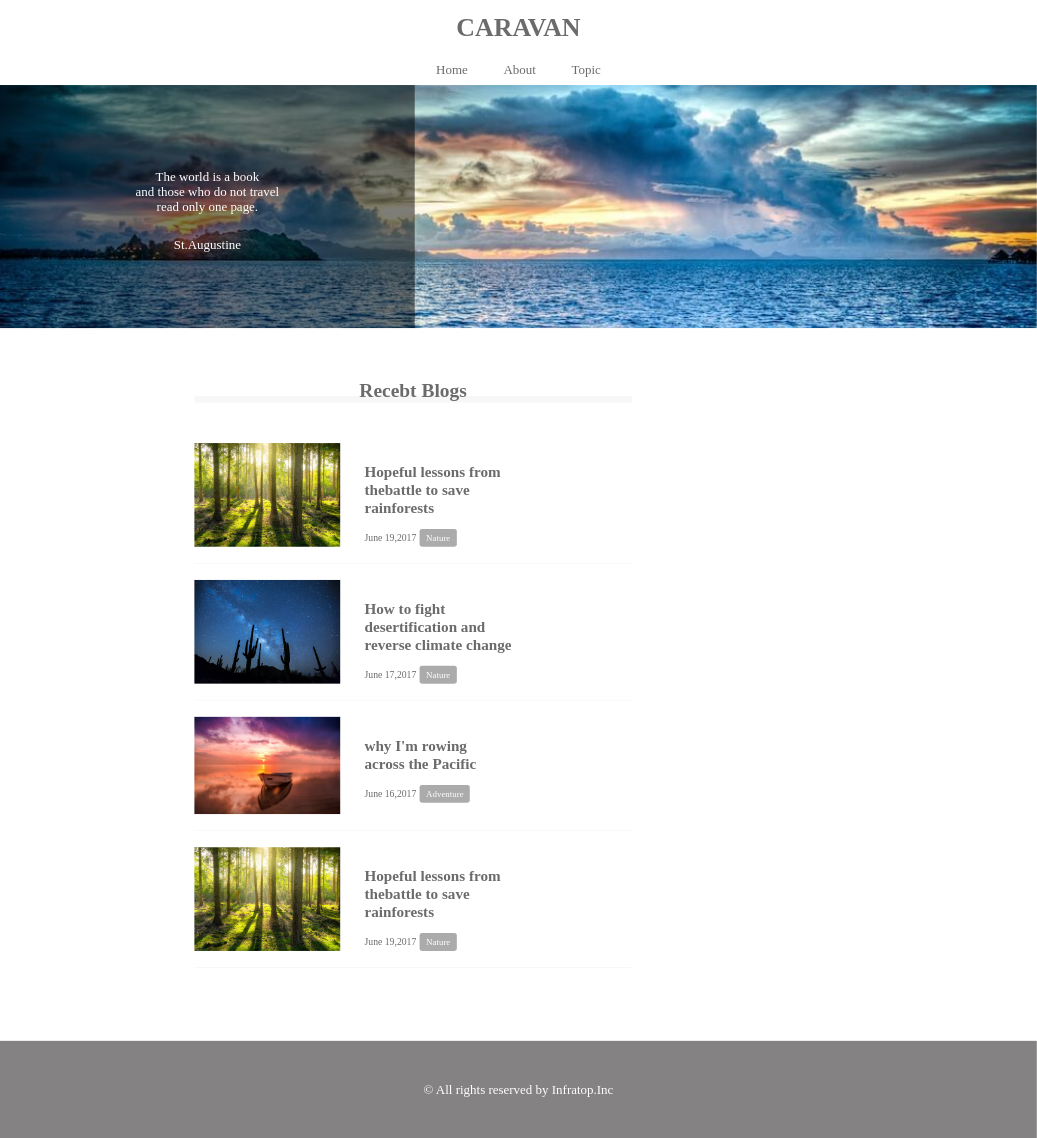
Repository: ego-boosting/html-practice1
Page: caravan/index.html
The author's editor kept a record of every edit. The page is drawn from the files as they stood at one moment, then again after the next edit.
The browser window is 1280 px wide. The pictures show the whole page, at 81% of full size.

Above is the page before.

### caravan/index.html
<!DOCTYPE html>
<html lang="ja">

  <head>
    <meta charset="UTF-8" />
    <link rel="stylesheet" href="style.css" />
    <title>CARAVAN</title>
  </head>

  <body>

    <header>
      <h1 class="heading">
        <a href="index.html">
          CARAVAN
        </a>

      </h1>
    </header>

    <nav>

      <ul class="nav-list">
        <li class="nav-list-item">
          <a href="index.html">Home</a>
        </li>
        <li class="nav-list-item">About</li>
        <li class="nav-list-item">Topic</li>

      </ul>

    </nav>


    <div class="main-visual">
      <div class="main-visual-content">

       <p class="main-visual-text">
         The world is a book<br/>
         and those who do not travel<br/>
         read only one page.
       </p>
       <p class="main-visual-name">
         St.Augustine
       </p>
       </div>
    </div>

    <main>

      <section class="blog">

       <h2 class="blog-heading">Recebt Blogs</h2>

      <div class="blog-box">
       <div class="blog-item">
        <img class="blog-image"src="img/forest.jpg">
        <section class="blog-text">
         <h3 class="blog-text-heading">
          <a href="sigle.html">
               Hopeful lessons from<br/>
               thebattle to save<br/>
               rainforests
          </a>
         </h3>
         <p class="blog-date">June 19,2017</p>
         <span class="category">Nature</span>
        </section>
       </div>
       <div class="blog-item">
        <img class="blog-image"src="img/desert.jpg">
        <section class="blog-text">
         <h3 class ="blog-text-heading">
          <a href="sigle.html">
               How to fight<br/>
               desertification and<br/>
               reverse climate change
          </a>
         </h3>
         <p class="blog-date">June 17,2017</p>
         <span class="category">Nature</span>
        </section>
       </div>
       <div class="blog-item">
        <img class="blog-image"src="img/sunset.jpg">
        <section class="blog-text">
         <h3 class="blog-text-heading">
          <a href="sigle.html">
                why I'm rowing<br/>
                across the Pacific
          </a>
         </h3>
         <p class="blog-date">June 16,2017</p>
         <span class="category">Adventure</span>
        </section>
       </div>
       <div class="blog-item">
        <img class="blog-image"src="img/forest.jpg">
        <section class="blog-text">
         <h3 class="blog-text-heading">
          <a href="sigle.html">
               Hopeful lessons from</br>
               thebattle to save</br>
               rainforests
          </a>
         </h3>
         <p class="blog-date">June 19,2017</p>
         <span class="category">Nature</span>
        </section>
       </div>

       </div>

      </section>

      <div class="sidebar"></div>

      </main>

    </div>

    <footer>
      <p class="footer-text">© All rights reserved by Infratop.Inc️</p>
    </footer>
  </body>
</html>

### caravan/style.css
* {
  margin: 0;
  padding: 0;
  box-sizing: border-box;
  color:#6c6b6b;
}

a{
  text-decoration:none;
}

header{
  width:90%;
  padding:15px 0;
  margin:0 auto;
  text-align:center;
}

header.heading{
  font-size:32px;
}

.nav-list{
  text-align:center;
  padding:10px 0;
  margin:0 auto;
}

.nav-list-item{
  list-style:none;
  display:inline-block;
  margin:0 20px;
}

.main-visual {
  width: 100%;
  height: 300px;
  background-image:url(img/mv.jpg);
  background-size:cover;
  background-position:center;
}

.main-visual-content {
  width: 40%;
  height: 300px;
  background-color:rgba(0,0,0,0.5);
  text-align:center;
  padding-top:105px;
}

.main-visual-text{
  color:#fff;
}

.main-visual-name{
  margin-top:30px;
  color:#fff;
}

main{
  width:800px;
  display:flex;
  justify-content:center;
  margin:0 auto;
  padding:70px 0;
}

.blog {
  width:540px;
  margin-right:30px;
}

.blog-heading{
  border-bottom:8px solid#f7f7f7;
  text-align:center;
  line-height:0.6;
}

.blog-item{
  padding-bottom:20px;
  margin-bottom:20px;
  border-bottom:1px solid#f7f7f7;
  display:flex;
  justify-content:flex-start;
}

.blog-box{
  padding-top:50px;
}

.blog-image{
  width:180px;
}

.blog-text{
  padding:25px 0 0 30px;
}

.blog-text-heading{
  padding-bottom:15px;
}

.blog-date{
  font-size:12px;
  display:inline-block;
}

.category{
  display:inline-block;
  padding:5px 8px;
  background-color:#acabab;
  border-radius:3px;
  color:#fff;
  font-size:11px;
}

.sidebar {
  width:230px;
}

footer{
  width:100%;
  height:120px;
  text-align:center;
  line-height:120px;
  background-color:#848282;
}

.footer-text{
  color:#fff;
}

After the next edit:
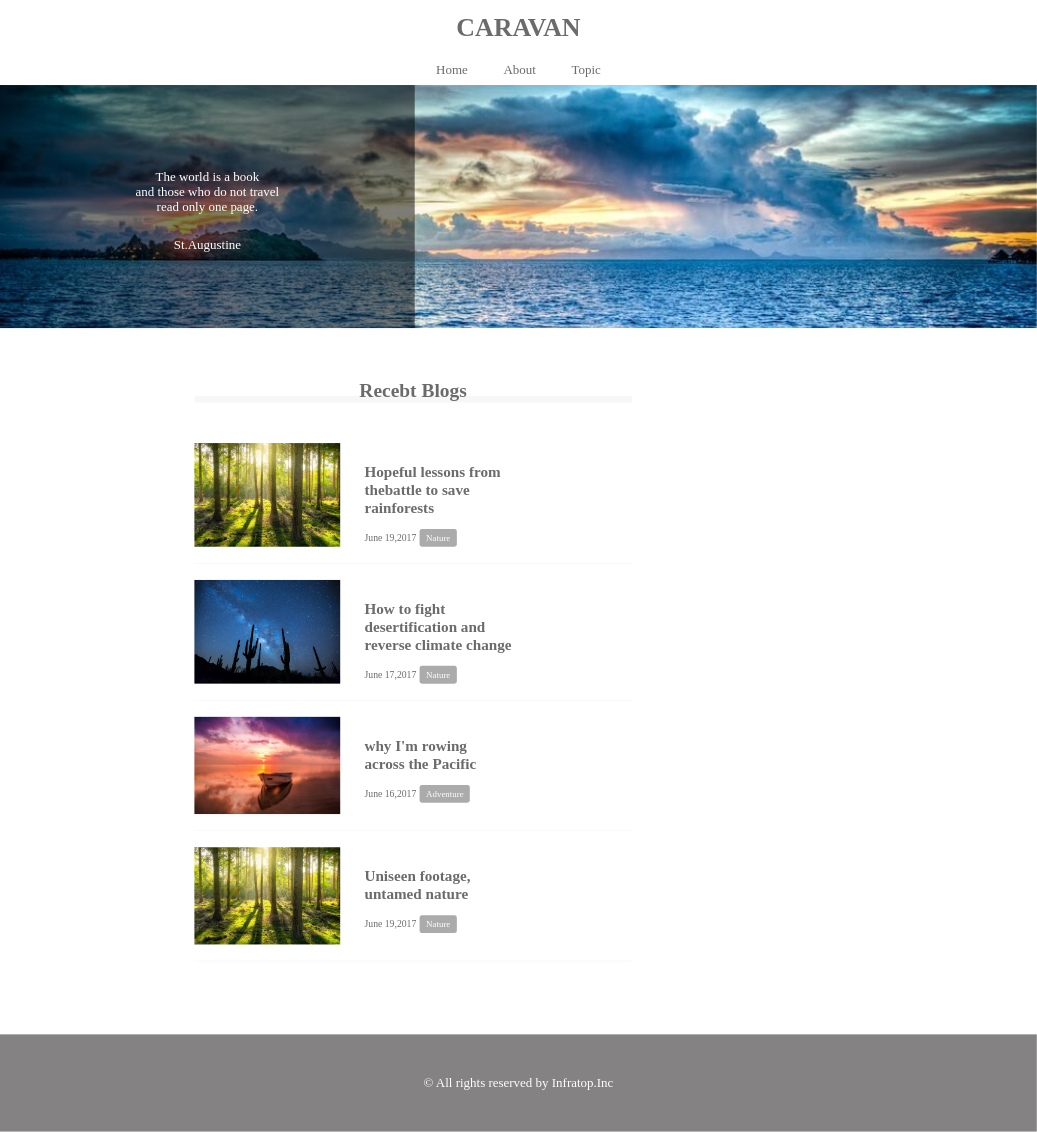
The edit:
--- a/caravan/index.html
+++ b/caravan/index.html
@@ -99,9 +99,8 @@
         <section class="blog-text">
          <h3 class="blog-text-heading">
           <a href="sigle.html">
-               Hopeful lessons from</br>
-               thebattle to save</br>
-               rainforests
+                Uniseen footage,<br/>
+                untamed nature
           </a>
          </h3>
          <p class="blog-date">June 19,2017</p>
